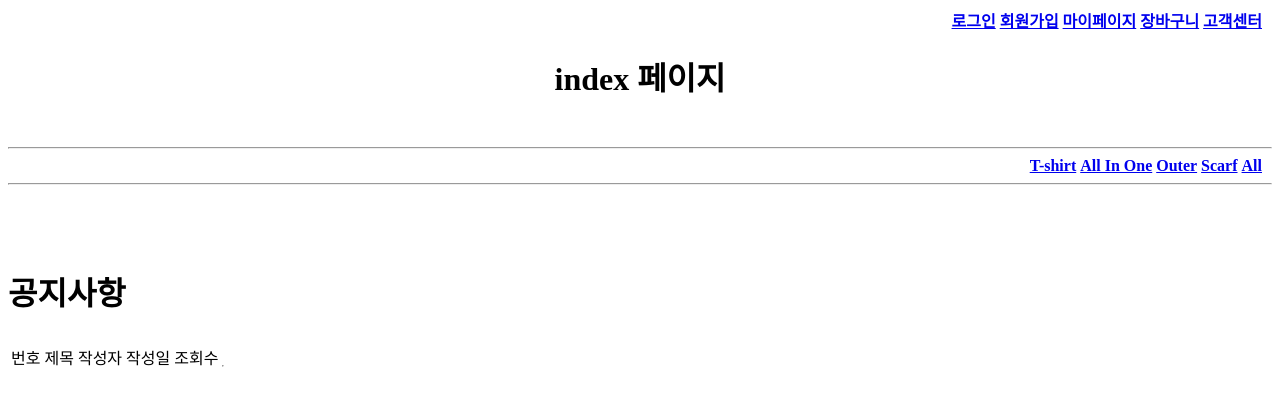
Repository: leeseungho1994/shopping
Page: http://localhost/shopping/WEB-INF/views/center/notice.jsp
The author's editor kept a copy of each file at every save. The page is drawn from the files as they stood at one save, then again after the next save.
The browser window is 1280 px wide. The pictures show the whole page.
The page is served by Tomcat 9. Nobody is signed in. The template is opened directly, without the code that normally fills it, so the values that code supplies are empty.

Above is the page before, as saved 2020-12-10 14:25:05.

After the next save:
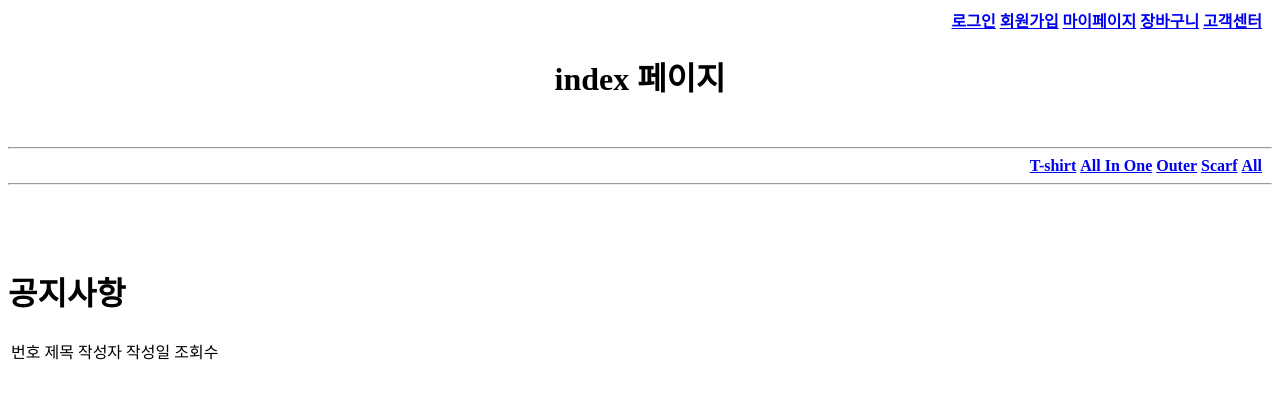
Saved 18 s later.
--- a/shopping/src/main/webapp/WEB-INF/views/center/notice.jsp
+++ b/shopping/src/main/webapp/WEB-INF/views/center/notice.jsp
@@ -13,9 +13,6 @@
 <table>
 	<tr>
 		<td>번호</td><td>제목</td><td>작성자</td><td>작성일</td><td>조회수</td>
-		<td>
-		<br><hr>
-		</td>
 	</tr>
 </table>
 </body>
